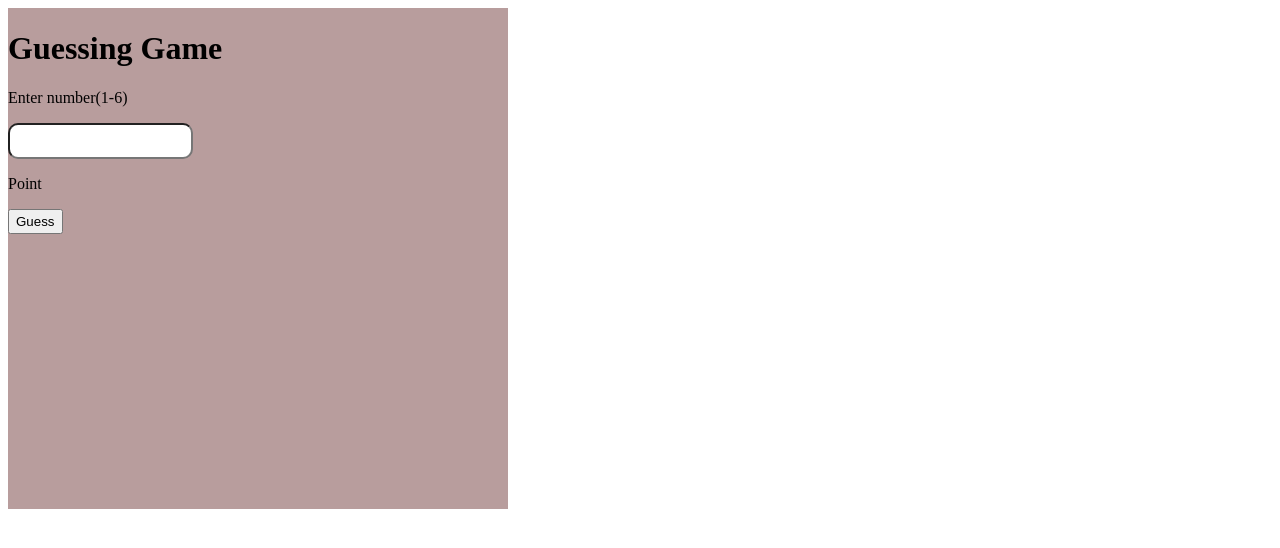
Repository: sedashahnazaryan/Guessing-Game
Page: index.html
The author's editor kept a copy of each file at every save. The page is drawn from the files as they stood at one save, then again after a run of saves.
The browser window is 1280 px wide. The pictures show the whole page.

Above is the page before, as saved 2022-02-23 19:33:31.

### index.html
<!DOCTYPE html>
<html lang="en">
<head>
    <meta charset="UTF-8">
    <meta http-equiv="X-UA-Compatible" content="IE=edge">
    <meta name="viewport" content="width=device-width, initial-scale=1.0">
    <link rel="stylesheet" href="./index.css">
    <title>Gueess Game</title>
</head>
<body>
    <div class="container">
        <h1 class="Guessing">Guessing Game</h1>
     <p class="enter">Enter number(1-6)</p>
<input id="num" type="text">
     <p class="p">Point</p>
     <button id="btn">Guess</button>
     <div class="table" id="show-text"></div>
    </div>
 <script src="./index.js"></script>
</body>
</html>

### index.css
.container{

    background-color: #b89d9d;
    height: 500px;
    width: 500px;
    padding-top:1px;
}
#num{
height: 30px;
border-radius: 10px;
}
#btn{
    height: 25px;
}

Loaded but not shown: index.js (no copy from this time; the picture is the same without it)

After the next 4 saves:
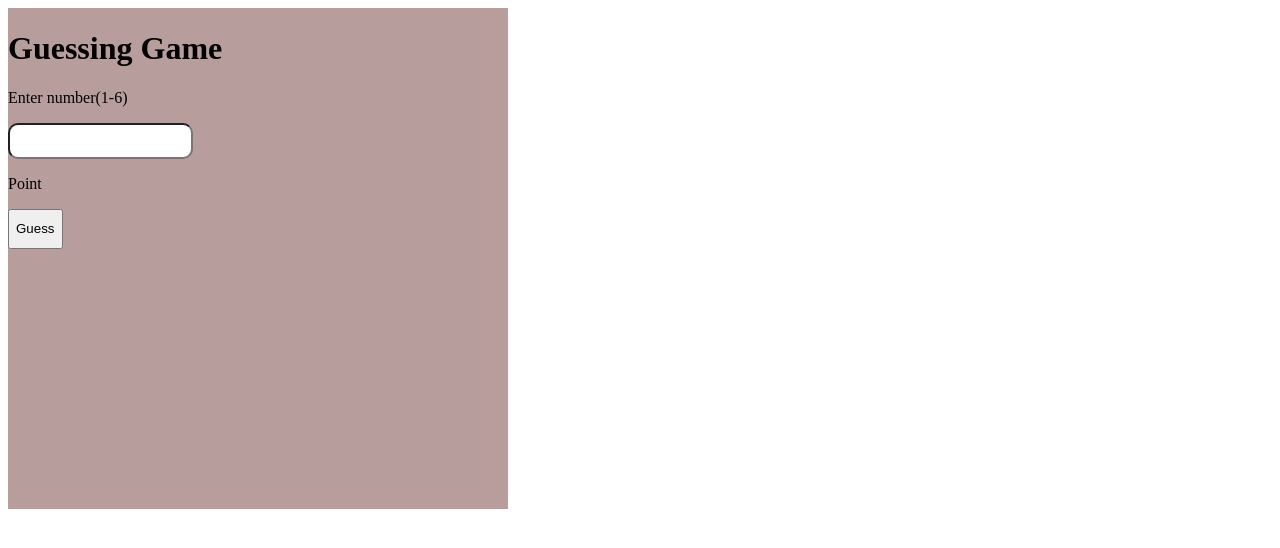
The 4 saves are shown as one change because they came seconds apart.
The last was saved 20 s later.
--- a/index.css
+++ b/index.css
@@ -10,5 +10,5 @@
 border-radius: 10px;
 }
 #btn{
-    height: 25px;
+    height: 40px;
 }
